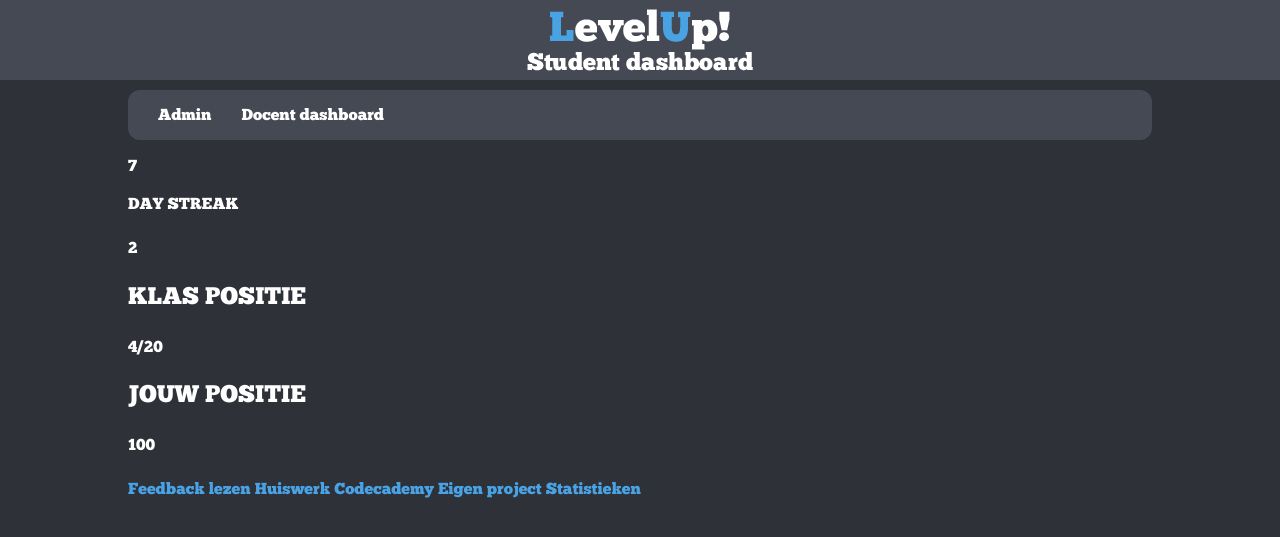
Repository: boblanckenburg/levelup
Page: website/src/index.html
The author's editor kept a copy of each file at every save. The page is drawn from the files as they stood at one save, then again after the next save.
The browser window is 1280 px wide. The pictures show the whole page.

Above is the page before, as saved 2014-10-07 12:47:46.

### website/src/index.html
<!doctype html>
<html class="no-js" id="html" lang="">
    <head>
        <meta charset="utf-8">
        <meta http-equiv="X-UA-Compatible" content="IE=edge">
        <title>LevelUp</title>
        <meta name="description" content="">
        <meta name="viewport" content="width=device-width, initial-scale=1">

        <!-- Place favicon.ico and apple-touch-icon(s) in the root directory -->

        <link rel="stylesheet" href="css/main.css">
        <script src="js/main.js"></script>
        <script src="js/vendor/modernizr-2.8.3.min.js"></script>
    </head>
    <body>
        <!--[if lt IE 8]>
            <p class="browsehappy">You are using an <strong>outdated</strong> browser. Please <a href="http://browsehappy.com/">upgrade your browser</a> to improve your experience.</p>
        <![endif]-->

		<section class="dashboard">
			<section class="header"></section>
			<section class="menu">
				<a>Admin</a>
				<a>Docent dashboard</a>
			</section>
			<section class="content">
				<section class="streaks">
					<div class="streakitem">
						<p>7</p>
						<p>DAY STREAK</p>
					</div>
					<div class="streakitem">
						<h1>2</h1>
						<h2>KLAS POSITIE</h2>
					</div>
					<div class="streakitem">
						<h1>4/20</h1>
						<h2>JOUW POSITIE</h2>
					</div>
				</section>
				<section class="levelcounter">
					<h1>100</h1>
				</section>
				<section class="actionbar">
					<a>Feedback lezen</a>
					<a>Huiswerk</a>
					<a>Codecademy</a>
					<a>Eigen project</a>
					<a>Statistieken</a>
				</section>
			</section>
		</section>
    </body>
</html>

### website/src/css/main.css
/*
 * What follows is the result of much research on cross-browser styling.
 * Credit left inline and big thanks to Nicolas Gallagher, Jonathan Neal,
 * Kroc Camen, and the H5BP dev community and team.
 */

/* ==========================================================================
   Base styles: opinionated defaults
   ========================================================================== */

/*
bg-gray: #2e3138;
bg-light-gray: #454954;
bg-blue: #49a2e4;
neon-blue: #01d1ff;
*/

html {
    color: #222;
    font-size: 1em;
    line-height: 1.4;
	margin: 0px;
	background: #2e3138;
	color: white;
	text-decoration: none;
	font-weight: normal;
}

/* ==========================================================================
   Author's custom styles
   ========================================================================== */


@font-face {
    font-family: chunkfivefont;
    src: url(Chunkfive.otf);
}


body {
    font-family: chunkfivefont;
    color: white;
    height:100%;
	margin: 0px;
	overflow-x: scroll;
	overflow-style: marquee-line;
}

a
{
	color: #49a2e4;

}

h1, h2, h3
{
	font-weight: normal;
}

.dashboard,
{
	height:100%;
	width:100%;
}

.content
{
	height: 100%;
	width: 100%;
}

.header
{
    background: #454953;
	width: 100%;
	height:80px;
	margin: 0px auto 0px auto;

	background-image: url('../img/dashboardlogo.png');
	background-position: center;
	background-repeat: no-repeat;
	background-color: #454954;
}

.header #welcome
{
	width: 200px;
	float:right;
	color: white;
	margin 0px auto 0px auto;
	padding: 0px 10px 0px 0px;
}

.header #welcome p
{
	float: right;
	display: block;
	font-size: 0.7em;
	margin: 10px 10px 5px 0px;
}

.header #welcome a
{
	float: right;
	display: block;
	height:20px;
	width: 100px;
	text-align: center;
	font-size: 0.8em;
	color: white;
	text-decoration: none;
	padding:5px 20px 5px 20px;
	margin: 0px 10px 0px 0px;

	background-color: #49a2e4;
	border-radius: 6px;
}

.menu
{
    background: #2e3138;
	width:80%;
	height:100%;
	min-height:50px;
	margin: 10px auto 5px auto;
	background: #454954;
	border-radius: 12px;
	display: block;
}

.menu a, a:visited
{
	display: block;
	float:left;
	height: 35px;
	text-align: center;
	padding: 15px 0px 0px 30px;
	text-decoration: none;
	color: white;
}

.menu a:hover
{
	color: #49a2e4;
}

.content {
	width: 80%;
	height: 350px;
	margin: auto;
}

.container {
	margin: 0px auto 0px auto;
	width:100%;
	display: inline;
}


/* ==========================================================================
   Helper classes
   ========================================================================== */

/*
 * Hide visually and from screen readers: h5bp.com/u
 */

.hidden {
    display: none !important;
    visibility: hidden;
}

/*
 * Hide only visually, but have it available for screen readers: h5bp.com/v
 */

.visuallyhidden {
    border: 0;
    clip: rect(0 0 0 0);
    height: 1px;
    margin: -1px;
    overflow: hidden;
    padding: 0;
    position: absolute;
    width: 1px;
}

/*
 * Extends the .visuallyhidden class to allow the element to be focusable
 * when navigated to via the keyboard: h5bp.com/p
 */

.visuallyhidden.focusable:active,
.visuallyhidden.focusable:focus {
    clip: auto;
    height: auto;
    margin: 0;
    overflow: visible;
    position: static;
    width: auto;
}

/*
 * Hide visually and from screen readers, but maintain layout
 */

.invisible {
    visibility: hidden;
}

/*
 * Clearfix: contain floats
 *
 * For modern browsers
 * 1. The space content is one way to avoid an Opera bug when the
 *    `contenteditable` attribute is included anywhere else in the document.
 *    Otherwise it causes space to appear at the top and bottom of elements
 *    that receive the `clearfix` class.
 * 2. The use of `table` rather than `block` is only necessary if using
 *    `:before` to contain the top-margins of child elements.
 */

.clearfix:before,
.clearfix:after {
    content: " "; /* 1 */
    display: table; /* 2 */
}

.clearfix:after {
    clear: both;
}

/* ==========================================================================
   EXAMPLE Media Queries for Responsive Design.
   These examples override the primary ('mobile first') styles.
   Modify as content requires.
   ========================================================================== */

@media only screen and (min-width: 35em) {
    /* Style adjustments for viewports that meet the condition */
}

@media print,
       (-o-min-device-pixel-ratio: 5/4),
       (-webkit-min-device-pixel-ratio: 1.25),
       (min-resolution: 120dpi) {
    /* Style adjustments for high resolution devices */
}

/* ==========================================================================
   Print styles.
   Inlined to avoid the additional HTTP request: h5bp.com/r
   ========================================================================== */

@media print {
    *,
    *:before,
    *:after {
        background: transparent !important;
        color: #000 !important; /* Black prints faster: h5bp.com/s */
        box-shadow: none !important;
        text-shadow: none !important;
    }

    a,
    a:visited {
        text-decoration: underline;
    }

    a[href]:after {
        content: " (" attr(href) ")";
    }

    abbr[title]:after {
        content: " (" attr(title) ")";
    }

    /*
     * Don't show links that are fragment identifiers,
     * or use the `javascript:` pseudo protocol
     */

    a[href^="#"]:after,
    a[href^="javascript:"]:after {
        content: "";
    }

    pre,
    blockquote {
        border: 1px solid #999;
        page-break-inside: avoid;
    }

    thead {
        display: table-header-group; /* h5bp.com/t */
    }

    tr,
    img {
        page-break-inside: avoid;
    }

    img {
        max-width: 100% !important;
    }

    p,
    h2,
    h3 {
        orphans: 3;
        widows: 3;
    }

    h2,
    h3 {
        page-break-after: avoid;
    }
}

### website/src/js/main.js

//set up height of the html element so 100% height spans the entire screen
document.getElementById("html").style.height=window.innerHeight+"px";

Loaded but not shown: website/src/js/vendor/modernizr-2.8.3.min.js (library)

After the next save:
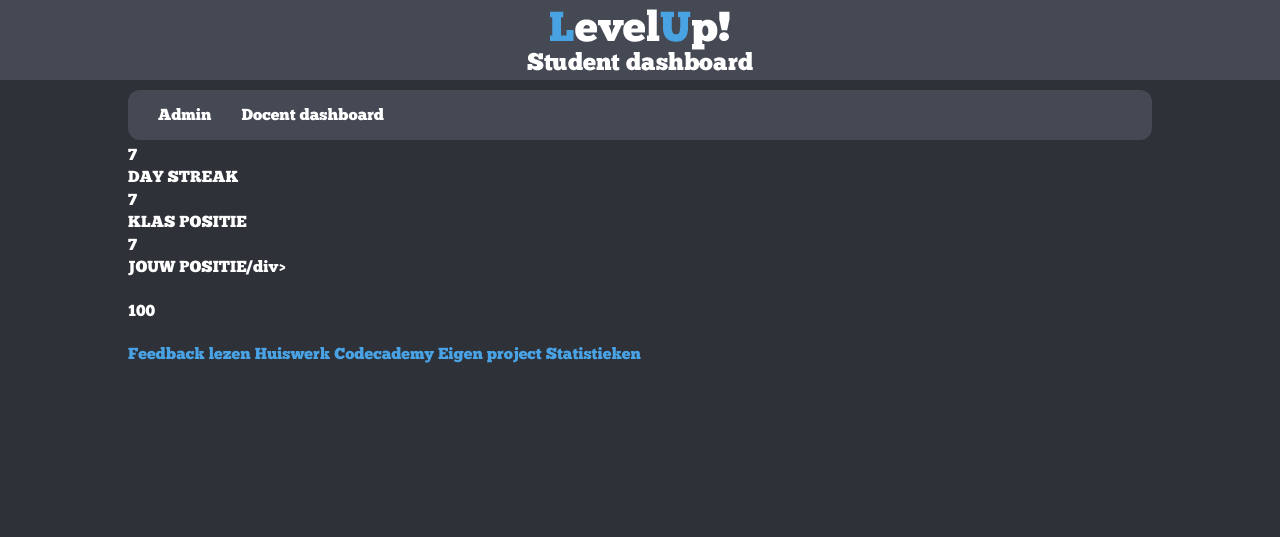
Saved 25 min 14 s later.
--- a/website/src/index.html
+++ b/website/src/index.html
@@ -27,16 +27,16 @@
 			<section class="content">
 				<section class="streaks">
 					<div class="streakitem">
-						<p>7</p>
-						<p>DAY STREAK</p>
+						<div class="score">7</div>
+						<div class="name">DAY STREAK</div>
 					</div>
 					<div class="streakitem">
-						<h1>2</h1>
-						<h2>KLAS POSITIE</h2>
+						<div class="score">7</div>
+						<div class="name">KLAS POSITIE</div>
 					</div>
 					<div class="streakitem">
-						<h1>4/20</h1>
-						<h2>JOUW POSITIE</h2>
+						<div class="score">7</div>
+						<div class="name">JOUW POSITIE/div>
 					</div>
 				</section>
 				<section class="levelcounter">
